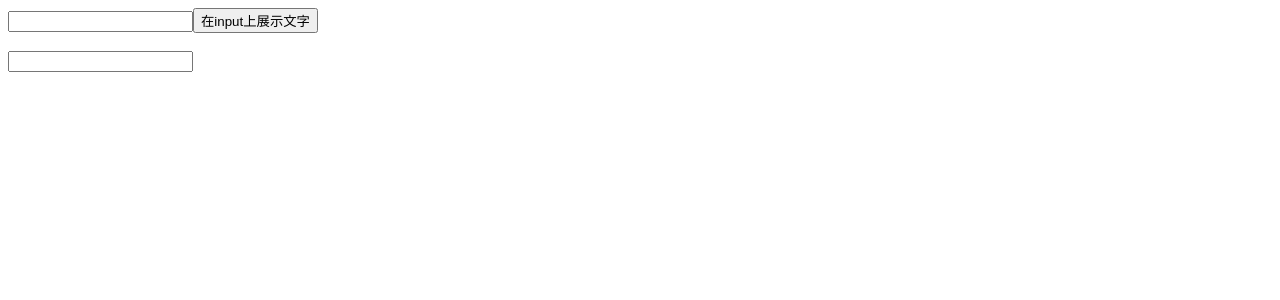
Repository: fuuka10969/react
Page: / (app in demo/react-hooks/demo01/)
An editor plug-in stored every save of this project. The page is shown before and after the next save, followed by the edit.
The browser window is 1280 px wide. The pictures show the whole page.
The project was rebuilt for these pictures with package versions that can differ from the ones it lists, and the page was loaded fresh each time.

Above is the page before, as saved 2021-02-11 16:37:18.

After the next save:
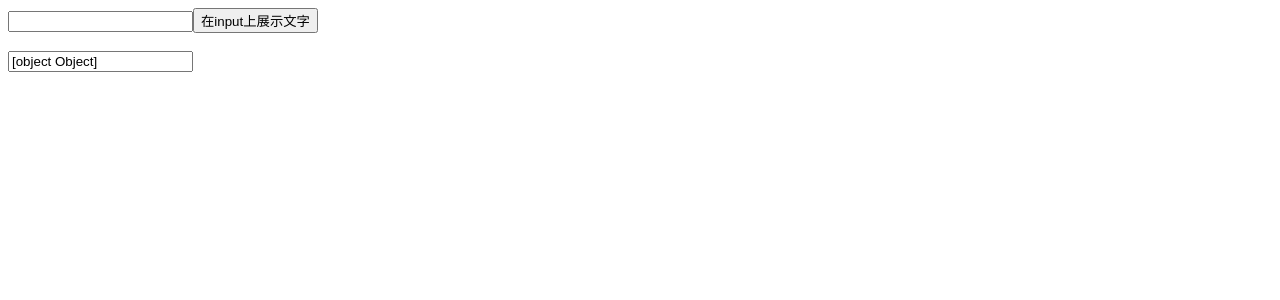
Saved 8 s later.
--- a/demo/react-hooks/demo01/src/Example8.js
+++ b/demo/react-hooks/demo01/src/Example8.js
@@ -7,7 +7,7 @@ function Example8() {
     console.log(inputEl)
   }
 
-  const [text, setText] = useState()
+  const [text, setText] = useState(inputEl)
   return (
     <>
       <input ref={inputEl} type="text" />
